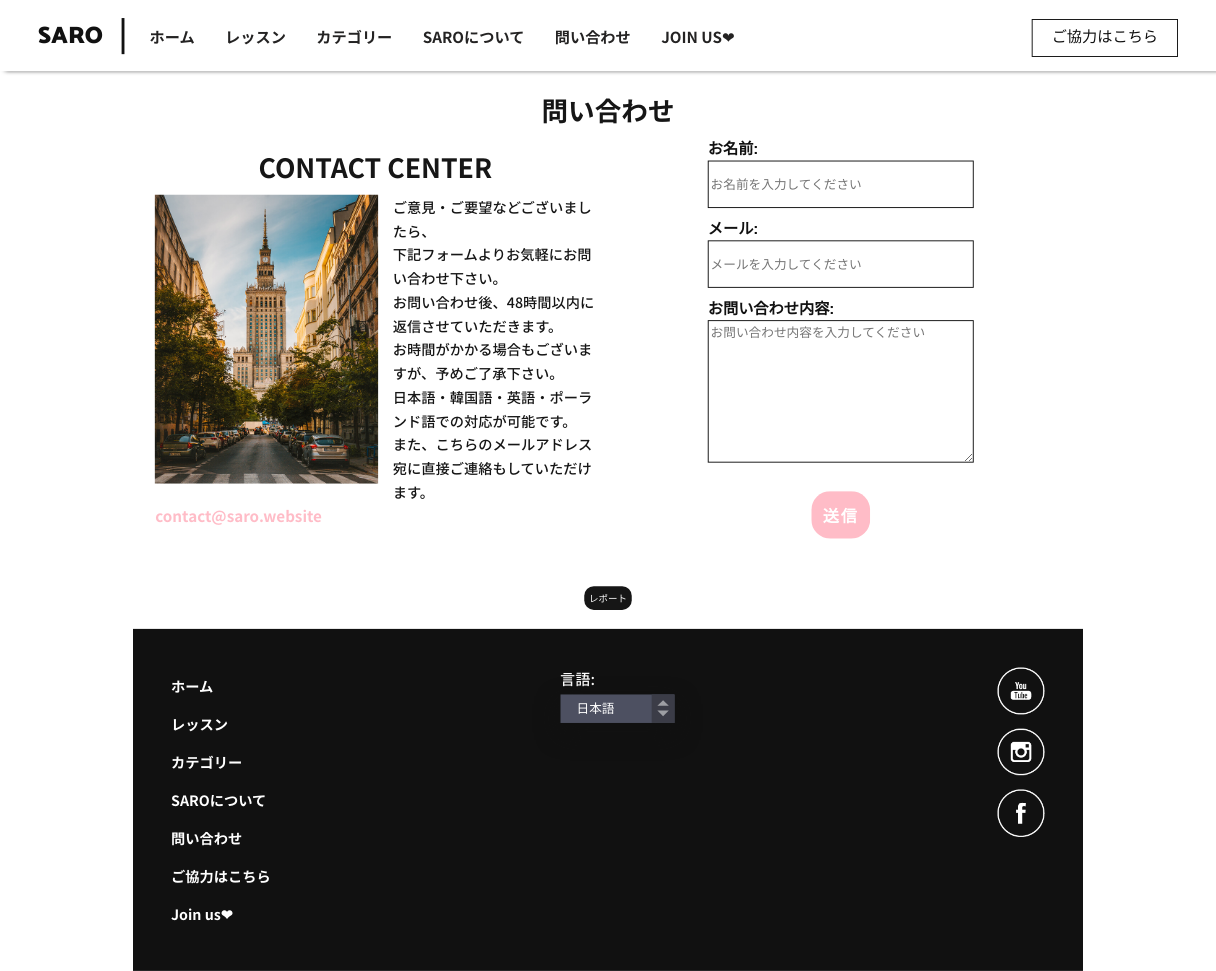
Repository: michalskirobert/SARO
Page: jp/contact.html
The author's editor kept a copy of each file at every save. The page is drawn from the files as they stood at one save, then again after the next save.
The browser window is 1280 px wide. The pictures show the whole page, at 95% of full size.
Some web fonts or font styles are not loaded; a fallback is used.

Above is the page before, as saved 2020-10-30 14:49:56.

### jp/contact.html
<!DOCTYPE html>
<html lang="ja">
<head>
    <meta charset="UTF-8">
    <meta name="description"
        content="【SARO】は無料でポーランド語レッスンを提供しています！このサイトは、ポーランド語を勉強する全ての人たちに少しでも役に立てばという思いから作られました。また、レッスン以外にもポーランドの文化や生活に関する事もシェアしていきます。">
    <meta name="keywords"
        content="free Polish lessons, polish lessons, Polska, polskie lekcje, lekcje języka polskiego, przepisy, recipes, recipe, polish foods recipe, recipes of Polish foods, żurek, naleśniki, gołąbki, żurek recipe, naleśniki recipe, gołąbki recipe, Polish cabbage rolls recipe, Polish free lessons, how to learn Polish, where to learn Polish, przypadki, polish declensions, how to make Polish words, how to make Polish sentences, SARO, SARO Polish lessons for free, SARO Polish, saro Polish lessons, Polish, Poland, Polska, polski, język polski, Polish hangman, saro, course, online, courses, english, japanese, Polish, Polish lessons, Polish curiosities, Polish tradition, Saro Polish langauge lessons online, Polish grammar, Polish media, Polish movies, Polish music, Polish foods, Polish food, pierogi, naleśniki, the best website for studying Polish, Polish lessons, Polish dictionary, Saro, Sa, Ro, Saki, Robert, Polish pronunciation, how to speak Polish, Warszawa, Warsaw, Wrocław, Wroclaw, Gdańsk, Polish cases, przypadki, Polish ortography, Polish culture, Polish traditions, ポーランド、 無料　ポーランド語　勉強、ポーランド語の勉強、ポーランド語　文法、ポーランド語のレッスン、ポルスカ、ポーランド語　レクチャー、ポーランド料理　レシピ、ポーランド料理のレシピ、ポーランド料理、ジュレック、ナレシニキ、ゴウォンプキ、ジュレック　レシピ、ジュレック　作り方、ナレシニキ　レシピ、ナレシニキ　作り方、パンケーキ、パンケーキ　ポーランド、ゴウォンプキ　レシピ、ゴウォンプキ　作り方、ゴウォンプキ　ポーランド、ロールキャベツ、ピエロギ、ピエロギ　ポーランド、ピエロギ　レシピ、ピエロギ　作り方、ポーランドレシピ 、ポーランド語　無料レッスン、ポーランド語　学習方法、ポーランド語　勉強方法、ポーランド語　学習、ポーランド語　単語、ポーランド語　リスニング、ポーランド語　発音、ポーランド語の発音、ポーランド語の単語、ポーランド語　文章　作成方法、SARO、SARO ポーランド、SARO ポーランド語、saro ポーランド語　レッスン、ポーランド語、ポーランド 、Polska、polski、językpolski、ポーランド語の絞首刑執行人、サロ、コース、オンライン、コース、英語、日本語、ポーランド語、ポーランド語のレッスン、ポーランド　面白い、ポーランド　楽しい、ポーランド　化粧品、ポーランド　美容、ポーランドの伝統、ポーランド　伝統、サロ　ポーランド語、ポーランドの文法、ポーランドのメディア、ポーランド　音楽、ポーランド　メディア、ポーランドの映画、ポーランド　映画、ポーランド語 音楽、ポーランド料理、ポーランド語の勉強　サイト、ポーランド語の勉強　無料サイト、ポーランド語レッスン、ポーランド語辞書、サロ、Sa、Ro、サキ、ロバート、ポーランド語の発音、ポーランド語の話し方、ワルシャワ、ワルシャワ、ヴロツワフ、グダニスク、グダンスク、クラクフ、ポーランドの文化、ポーランドの伝統、ポーランド　バンド、ポーランド　ブランド、ポーランド　化粧品　ブランド、ポーランド　たまご料理、ポーランド　ケーキ、ポーランド　とんかつ、ポーランド　カツレツ、ポーランド　ジャガイモ、ポーランド　ピザ、ポーランド　じゃがいも、ポーランド　じゃがいも料理">
    <meta name="author" content="Robert Michalski">
    <meta name="viewport" content="width=device-width, initial-scale=1.0">
    <meta property="og:site_name" content="Saro.Website 無料のポーランド語レッスンのあるウェブサイト" />
    <meta property="og:url" content="www.saro.website" />
    <meta property="og:type" content="website" />
    <meta name="title" property="og:title" content="Saro.Website 無料のポーランド語レッスンのあるウェブサイト" />
    <meta name="image" property="og:image" content="https://saro.website/assets/img/bg/header-banner.jpg" />
    <meta property="og:image:type" content="image/png">
    <meta property="og:image:width" content="1024">
    <meta property="og:image:height" content="1024">
    <link rel="stylesheet" href="./../assets/style/css/style.css">
  <script defer src="https://saro.website/assets/js/cookie.js"></script>
    <script data-ad-client="ca-pub-5704095251892500" defer
        src="https://pagead2.googlesyndication.com/pagead/js/adsbygoogle.js"></script>
     <title>SARO - 問い合わせ</title>
    </head>

<body>
    <header>
        <a href="index.html" class="header-brand">SARO</a>
        <nav>
            <button class="hamburger" aria-expanded="false">
                <div class="bar"></div>
                <div class="bar"></div>
                <div class="bar"></div>
            </button>
            <ul class="nav__desktop">
                <li><a class="nav" href="./index.html">ホーム</a></li>
                <li><a class="nav" href="./lessons.html">レッスン</a></li>
                <li><a class="nav" href="./stuff/index.html">カテゴリー</a></li>
                <li><a class="nav" href="./about.html">SAROについて</a></li>
                <li><a class="nav" href="./contact.html">問い合わせ</a></li>
                <li><a class="nav" href="./../join/">Join us❤</a></li>
            </ul>
            <a href="support_us.html" class="header-cases">ご協力はこちら</a>
        </nav>
        <ul class="nav-list">
            <li><a href="index.html" class="header-brand--after">SARO</a></li>
            <li><a class="nav-links" href="./index.html">ホーム</a></li>
            <li><a class="nav-links" href="./lessons.html">レッスン</a></li>
            <li><a class="nav-links" href="./stuff/index.html">カテゴリー</a></li>
            <li><a class="nav-links" href="./about.html">SAROについて</a></li>
            <li><a class="nav-links" href="./contact.html">問い合わせ</a></li>
            <li><a class="nav-links" href="./../join/">Join us❤</a></li>
            <li><a class="nav-links" href="./support_us.html">ご協力はこちら❤</a></li>
        </ul>
        <script src="./../assets/js/menu.js"></script>
    </header>
    <main>
        <section class="contact">
            <div class="wrapper">
                <h2>問い合わせ</h2>
                <div class="contact__container">
                    <div class="contact__box contact__box--item">
                        <div class="contact__box">
                            <h2>Contact center</h2>
                            <img class="image-left__center" src="./../assets/img/embl/warsaw_pkin.jpg" alt="Contact SARO">
                            <p>ご意見・ご要望などございましたら、<br>
                                下記フォームよりお気軽にお問い合わせ下さい。<br>
                                お問い合わせ後、48時間以内に返信させていただきます。<br>
                                お時間がかかる場合もございますが、予めご了承下さい。<br>
                                日本語・韓国語・英語・ポーランド語での対応が可能です。<br>
                                また、こちらのメールアドレス宛に直接ご連絡もしていただけます。<br>
                                <a href="mailto:contact@saro.website">contact@saro.website</a></p>
                        </div>
                    </div>
                    <div class="contact__box contact__box--item">
                        <div class="contact__box">
                            <form method="post">
                                <input type="text" name="language" id="language" value="ja" style="display: none;">
                                <label for="name">お名前:</label>
                                <input name="name" id="name" type="text" class="form-control" placeholder="お名前を入力してください" required>
                                <label for="email">メール:</label>
                                <input name="email" id="email" type="email" class="form-control" placeholder="メールを入力してください"
                                    required>
                                <label for="message">お問い合わせ内容:</label>
                                <textarea name="message" id="message" class="form-control" placeholder="お問い合わせ内容を入力してください" row="4"
                                    required></textarea>
                                <div class="g-recaptcha" data-sitekey="6LePq8oZAAAAADzsXuOoCMldDwNQAVSSZPkOCebE"></div>
                                <p id="ajaxResponseSuccess" role="alert">
                                </p>
                                <p id="ajaxResponseFail" role="alert">
                                </p>
                                <button type="button" onclick="sendMail()" class="form__button">送信</button>
                            </form>
                        </div>
                    </div>
                    <div class="reportButton">
                        <button class="report" onclick="report()">レポート</button>
                    </div>
                </div>
            </div>
            <script src="./../assets/js/mail.js"></script>
            <div id="reportWindow"></div>
            <script src="./../assets/js/report.js"></script>
        </section>
    </main>
    <div class="wrapper">
        <footer>
            <ul>
                <li><a href="./index.html">ホーム</a></li>
                <li><a href="./lessons.html">レッスン</a></li>
                <li><a href="./stuff/">カテゴリー</a></li>
                <li><a href="./about.html">SAROについて</a></li>
                <li><a href="./contact.html">問い合わせ</a></li>
                <li><a href="./support_us.html">ご協力はこちら</a></li>
                <li><a href="./../join/">Join us❤</a></li>
            </ul>
            <div class="footer-links-cases">
                <label for="language" class="language">言語:</label><br>
                <div class="custom-select">
                    <select id="language" onchange="window.location=this.options[this.selectedIndex].value">
                        <option value="" disabled selected>日本語</option>
                        <option value="https://saro.website/contact">English</option>
                        <option value="https://saro.website/kr/contact">한국어</option>
                        <option value="https://saro.website/ch/contact">中文</option>
                        <option value="https://saro.website/vi/contacts">Tiếng Việt</option>
                    </select>
                    <span class="custom-arrow"></span>
                </div>
            </div>
            <div class="footer-sm">
                <a href="https://www.youtube.com/channel/UCfmBNdamq_Z70lFx-m4wpWA" target="_blank"><img
                        src="./../assets/img/icons/YouTube1.png" alt="YouTube icon"></a>
                <a href="https://www.instagram.com/sarowebsite/" target="_blank"><img src="./../assets/img/icons/Instagram.png"
                        alt="Instagram icon"></a>
                <a href="https://www.facebook.com/SARO-Free-Polish-Lessons-106067287815397" target="_blank"><img
                        src="./../assets/img/icons/Facebook.png" alt="Facebook icon"></a>
            </div>
        </footer>
    </div>
</body>
<script src="https://www.google.com/recaptcha/api.js" async defer></script>
</html>

Loaded but not shown: assets/js/mail.js (120 lines, source omitted); assets/js/report.js (69 lines, source omitted); assets/style/css/style.css (4313 lines, source omitted); assets/js/menu.js (no copy from this time; the picture is the same without it)

After the next save:
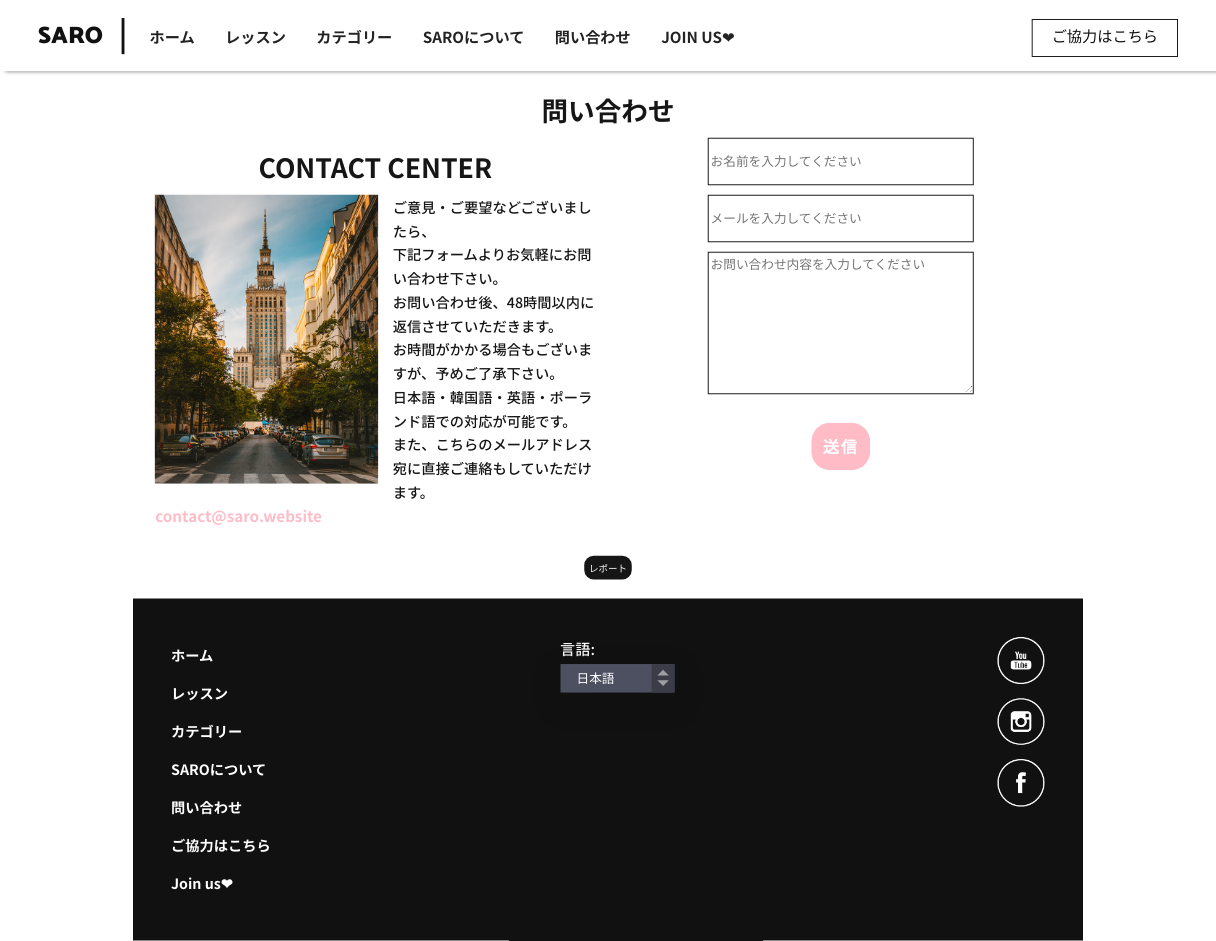
Saved 2 min 0 s later.
--- a/jp/contact.html
+++ b/jp/contact.html
@@ -76,12 +76,9 @@
                         <div class="contact__box">
                             <form method="post">
                                 <input type="text" name="language" id="language" value="ja" style="display: none;">
-                                <label for="name">お名前:</label>
                                 <input name="name" id="name" type="text" class="form-control" placeholder="お名前を入力してください" required>
-                                <label for="email">メール:</label>
                                 <input name="email" id="email" type="email" class="form-control" placeholder="メールを入力してください"
                                     required>
-                                <label for="message">お問い合わせ内容:</label>
                                 <textarea name="message" id="message" class="form-control" placeholder="お問い合わせ内容を入力してください" row="4"
                                     required></textarea>
                                 <div class="g-recaptcha" data-sitekey="6LePq8oZAAAAADzsXuOoCMldDwNQAVSSZPkOCebE"></div>
